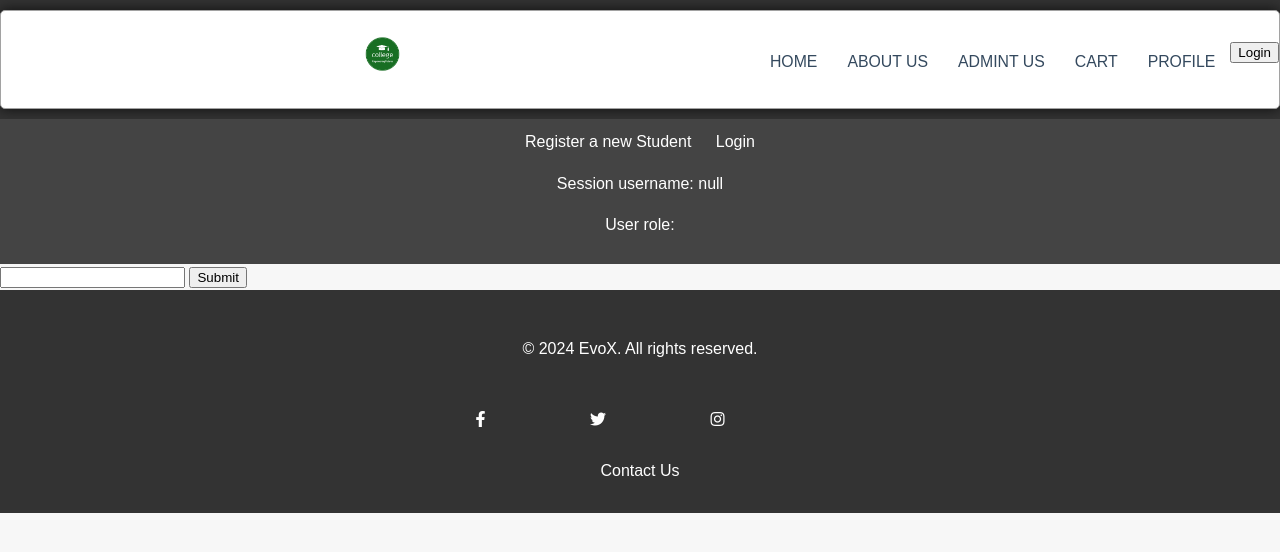
Repository: sampanna17/javabackup
Page: http://localhost/EvoX_CW/index.jsp
An editor plug-in stored every save of this project. The page is shown before and after the next save, followed by the edit.
The browser window is 1280 px wide. The pictures show the whole page.
The page is served by Tomcat 9. Other server files are loaded and not shown. The template is opened directly, without the code that normally fills it, so the values that code supplies are empty.

Above is the page before, as saved 2024-05-06 05:48:45.

### EvoX_CW/src/main/webapp/index.jsp
<%@page import="java.sql.*, utils.StringUtils, java.io.*, javax.imageio.*, java.util.Base64"%>
<%@ page language="java" contentType="text/html; charset=UTF-8" pageEncoding="UTF-8"%>
<%
    // Get the session and request objects
    HttpSession userSession = request.getSession();
    String currentUser = (String) userSession.getAttribute(StringUtils.USERNAME);
    String contextPath = request.getContextPath();
    String userRole = ""; // Initialize user role as an empty string
	String path="";
    Connection conn = null; // Declare the Connection variable only once

    // Fetch user's role from the database based on the username
    PreparedStatement roleStmt = null;
    ResultSet roleRs = null;
    try {
        conn = DriverManager.getConnection(StringUtils.LOCALHOST_URL, StringUtils.LOCALHOST_USERNAME, StringUtils.LOCALHOST_PASSWORD);
        String roleQuery = "SELECT productName, path from products";
        roleStmt = conn.prepareStatement(roleQuery);
        roleRs = roleStmt.executeQuery();

        if (roleRs.next()) {
            userRole = roleRs.getString("productName");
            path = roleRs.getString("path");
        }
    } catch (SQLException e) {
        e.printStackTrace();
    } finally {
        try {
            if (roleRs != null) roleRs.close();
            if (roleStmt != null) roleStmt.close();
        } catch (SQLException e) {
            e.printStackTrace();
        }
    }
%>
<!DOCTYPE html>
<html>
<head>
    <meta charset="UTF-8">
    <title>Car Inventory</title>
    <link rel="stylesheet" type="text/css" href="<%=contextPath%>/stylesheets/header.css" />
	<link rel="stylesheet" type="text/css" href="<%=contextPath%>/stylesheets/footer.css" />

     <style>
        body {
            font-family: Arial, sans-serif;
            margin: 0;
            padding: 0;
            background-color: #f7f7f7;
        }
        header {
            background-color: #333;
            color: #fff;
            padding: 10px 0;
            text-align: center;
        }
        nav {
            background-color: #444;
            color: #fff;
            padding: 10px 0;
            text-align: center;
        }
        nav a {
            color: #fff;
            text-decoration: none;
            margin: 0 10px;
        }
        h2 {
            text-align: center;
            margin-top: 20px;
        }
        table {
            width: 80%;
            margin: 20px auto;
            border-collapse: collapse;
            background-color: #fff;
            box-shadow: 0 0 20px rgba(0, 0, 0, 0.1);
        }
        th, td {
            padding: 15px;
            border-bottom: 1px solid #ddd;
            text-align: left;
        }
        th {
            background-color: #f2f2f2;
            color: #333;
        }
        tr:hover {
            background-color: #f5f5f5;
        }
        footer {
            background-color: #333;
            color: #fff;
            text-align: center;
            padding: 10px 0;
            width: 100%;
            bottom: 0;
       }
    </style>
</head>
<body>
	<header>
    	<jsp:include page="<%=StringUtils.PAGE_URL_HEADER%>" />
    </header>

    <nav>
        <a href="<%=request.getContextPath() + StringUtils.PAGE_URL_REGISTER%>">Register a new Student</a>
        <a href="<%=request.getContextPath() + StringUtils.PAGE_URL_LOGIN%>">Login</a>
        <!-- Display user's role -->
        <p>Session username: <%=currentUser %></p>
        <p>User role: <%= userRole %></p>
    </nav>
        <form action="<%=contextPath%>/SearchServlet" method="get">
			<input type="text" name="searchName"/>
			<input type="submit"/>
		</form>

    <footer>
    	<jsp:include page="<%=StringUtils.PAGE_URL_FOOTER%>" />
   	</footer>
</body>
</html>

### EvoX_CW/src/main/webapp/pages/header.jsp
<%@page import="java.sql.*, utils.StringUtils, java.io.*, javax.imageio.*, java.util.Base64"%>
<%@ page import="java.util.ArrayList" %>


<%
    // Get the session and request objects
    HttpSession userSession = request.getSession();
    String currentUser = (String) userSession.getAttribute(StringUtils.USERNAME);
    String contextPath = request.getContextPath();

    String userRole = "";

    Connection conn = null;

    PreparedStatement roleStmt = null;
    ResultSet roleRs = null;
    try {
        conn = DriverManager.getConnection(StringUtils.LOCALHOST_URL, StringUtils.LOCALHOST_USERNAME, StringUtils.LOCALHOST_PASSWORD);
        String roleQuery = "SELECT role FROM users WHERE user_name = ?";
        roleStmt = conn.prepareStatement(roleQuery);
        roleStmt.setString(1, currentUser);
        roleRs = roleStmt.executeQuery();

        if (roleRs.next()) {
            userRole = roleRs.getString("role");
        }
    } catch (SQLException e) {
        e.printStackTrace();
    } finally {
        try {
            if (roleRs != null) roleRs.close();
            if (roleStmt != null) roleStmt.close();
        } catch (SQLException e) {
            e.printStackTrace();
        }
    }
%>

<div id="header">
    <header class="header">
    	<% String userName = (String) session.getAttribute(StringUtils.USERNAME);%>>
        <h1 class="logo"><a href=""><img src="${contextPath}/assets/logo.png"/></a></h1>
        <ul class="main-nav">
            <li><a href="#">Home</a></li>
            <li><a href="./pages/aboutus.jsp">About Us</a></li>
           	<li><a href="AdminServlet">Admint Us</a></li>

            <li><a href="./pages/cart.jsp">Cart</a></li>
            <li><a href="<%=contextPath %>/getDetails">Profile</a></li>

            <li>

                <form action="<%
                    // Conditionally set the action URL based on user session
                    if (currentUser != null) {
                        out.print(contextPath + StringUtils.SERVLET_URL_LOGOUT);
                    } else {
                        out.print(contextPath + StringUtils.PAGE_URL_LOGIN);
                    }
                %>" method="post">
                    <input type="submit" value="<%
                        // Conditionally set the button label based on user session
                        if (currentUser != null) {
                            out.print(StringUtils.LOGOUT);
                        } else {
                            out.print(StringUtils.LOGIN);
                        }
                    %>"/>
                </form>
            </li>
        </ul>
    </header>
</div>

### EvoX_CW/src/main/webapp/pages/footer.jsp
<%@ page language="java" contentType="text/html; charset=ISO-8859-1"
    pageEncoding="ISO-8859-1"%>

<!-- Include Font Awesome CSS -->
<link rel="stylesheet" href="https://cdnjs.cloudflare.com/ajax/libs/font-awesome/5.15.4/css/all.min.css">

<!-- Link to your custom CSS file -->
<link rel="stylesheet" type="text/css" href="./stylesheets/footer.css">

<div id="footer">
    <p>&copy; 2024 EvoX. All rights reserved.</p>
    <br>
    <ul>
        <li><a href="#"><i class="fab fa-facebook-f"></i></a></li>
        <li><a href="#"><i class="fab fa-twitter"></i></a></li>
        <li><a href="#"><i class="fab fa-instagram"></i></a></li>
    </ul>
    <br>
    <a href="contact.jsp">Contact Us</a>
</div>

### EvoX_CW/src/main/webapp/stylesheets/header.css
@charset "ISO-8859-1";

* {
	box-sizing: border-box;
}

body {
	font-family: 'Montserrat', sans-serif;
	line-height: 1.6;
	margin: 0;
	min-height: 100vh;
}

ul {
	margin: 0;
	padding: 0;
	list-style: none;
}

h2, h3, a {
	color: #34495e;
}

a {
	text-decoration: none;
}

.logo {
	margin: 0;
	font-size: 1.45em;
}

.logo a img {
	height: 50px;
}

.main-nav {
	margin-top: 5px;
}

.logo a, .main-nav a, .main-nav li button {
	padding: 10px 15px;
	text-transform: uppercase;
	text-align: center;
	display: block;
}

.main-nav a,.main-nav li button {
	color: #34495e;
	font-size: .99em;
}

.main-nav a:hover, .main-nav li button {
	color: #718daa;
}

.header {
	padding-top: .5em;
	padding-bottom: .5em;
	border: 1px solid #a2a2a2;
	background-color: white;
	-webkit-box-shadow: 0px 0px 14px 0px rgba(0, 0, 0, 0.75);
	-moz-box-shadow: 0px 0px 14px 0px rgba(0, 0, 0, 0.75);
	box-shadow: 0px 0px 14px 0px rgba(0, 0, 0, 0.75);
	-webkit-border-radius: 5px;
	-moz-border-radius: 5px;
	border-radius: 5px;
}

/* =================================
  Media Queries
==================================== */
@media (min-width: 769px) {
    .header, .main-nav {
        display: flex;
    }
    .header {
        flex-direction: column;
        align-items: center;
    }
    .header {
        width: 100%;
        margin: 0 auto;
    }
}

@media ( min-width : 1025px) {
	.header {
		flex-direction: row;
		justify-content: space-between;
	}
}

### EvoX_CW/src/main/webapp/stylesheets/footer.css
@charset "ISO-8859-1";

@font-face {
  font-family: awesomeIcons;
  font-weight: normal;
  src: url('fontAwesome.woff') format('woff');
}

#footer {
  background-color: #333;
  color: #ffff;
  padding: 20px;
  text-align: center;
}

#footer p {

	margin-bottom: 20px;
}

#footer ul {
  list-style: none;
  margin: 0;
  padding: 0;
}

#footer li {
  display: inline-block;
  margin-right: 80px;
}

#footer a {
  text-decoration: none;
  color: inherit;
  margin: 10px;
}

#footer a:hover {
  color: #fff;
}

After the next save:
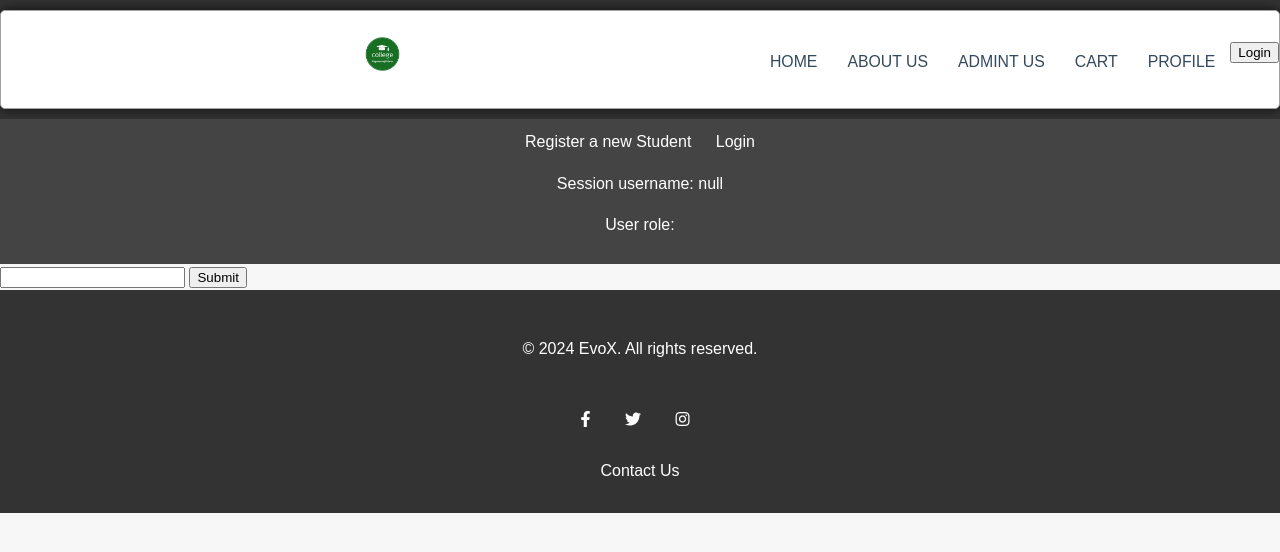
Saved 8 s later.
--- a/EvoX_CW/src/main/webapp/stylesheets/footer.css
+++ b/EvoX_CW/src/main/webapp/stylesheets/footer.css
@@ -26,7 +26,7 @@
 
 #footer li {
   display: inline-block;
-  margin-right: 80px;
+  margin-right: 10px;
 }
 
 #footer a {
